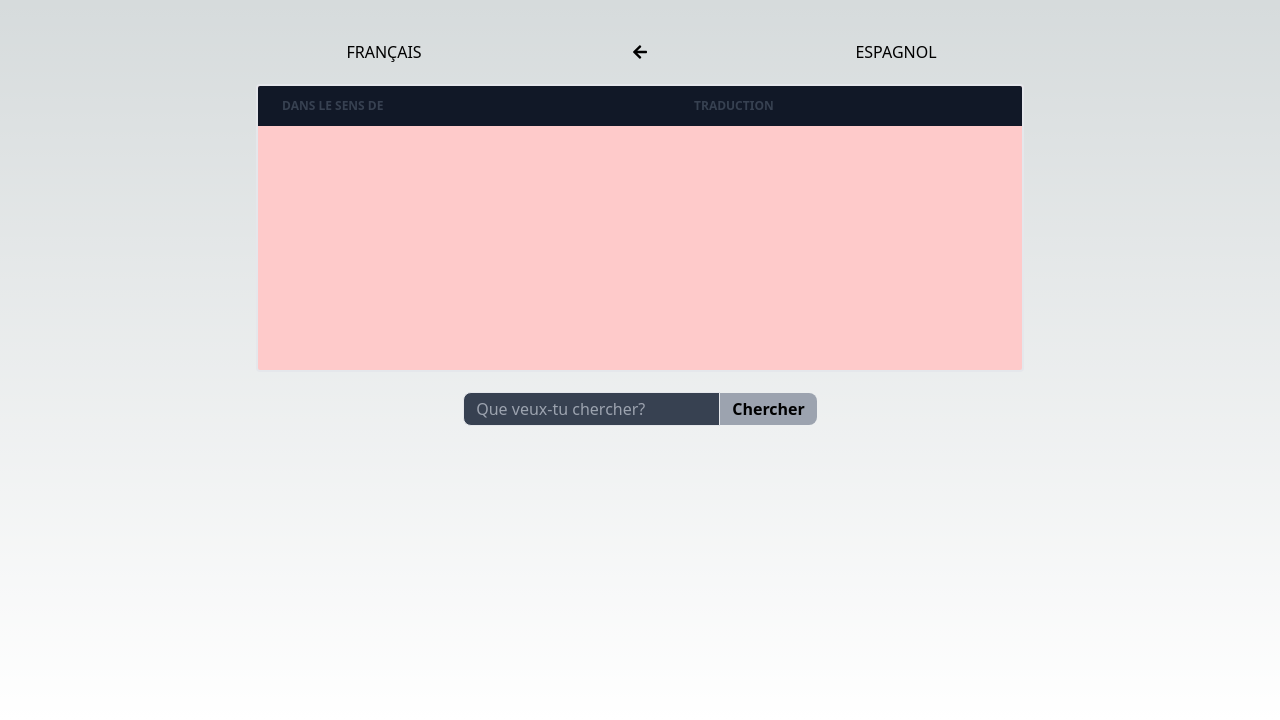
Repository: All-Khwarizmi/Dico
Page: /
The author's editor kept a copy of each file at every save. The page is drawn from the files as they stood at one save, then again after the next save.
The browser window is 1280 px wide. The pictures show the whole page.
An inner scrolling area shows only its first screen. The project was rebuilt for these pictures with package versions that can differ from the ones it lists, and the page was loaded fresh each time. The framework's server and built-in components were replaced by stand-ins that run in the browser. Also part of the build but not shown: next.config.js, vite.config.ts.

Above is the page before, as saved 2023-02-17 18:28:03.

### src/app/page.tsx
'use client';
import Image from 'next/image';
import { Inter } from '@next/font/google';
import { FaArrowLeft } from 'react-icons/fa';
import { BsArrowRight } from 'react-icons/bs';
import { FaArrowRight } from 'react-icons/fa';
import EspModal from '@/components/EspModal';
import DicoModal from '@/components/DicoModal';

const inter = Inter({ subsets: ['latin'] });
import parse from 'html-react-parser';
import { useState } from 'react';
import Link from 'next/link';

type Trad = {
  source: string;
  target: string;
};
type Translations = Array<Trad>;
interface TranslationsFetch {
  translations: Array<Trad>;
}
export default function Home() {
  const [word, setWord] = useState<string>('');
  const [isFr, setIsFR] = useState<Boolean>(false);
  const [translations, setTranslations] = useState<Translations>([]);

  const submitWord = (e: React.FormEvent<HTMLFormElement>) => {
    e.preventDefault();
    let check = word.split(' ').length;
    console.log('Submitting', check);
    if (check > 1) {
      return window.alert('1 mot à la fois');
    }
    if (isFr) return fetchDico(word).catch((err) => console.log(err));
     fetchDicoEsp(word).catch((err) => console.log(err));
  };

  const inputWord = (e: React.ChangeEvent<HTMLInputElement>) => {
    return setWord(e.target.value);
  };

  const fetchDico = async (word: string): Promise<void> => {
    console.log('Fetching..');
     const url = 'https://dico-ochre.vercel.app/api/dico';
    const options: RequestInit = {
      method: 'POST',
      headers: {
        'Content-Type': 'text/plain;charset=UTF-8',
      },
      body: JSON.stringify(word),
    };
    const res = await fetch(url, options);
    // eslint-disable-next-line @typescript-eslint/no-unsafe-assignment
    const data = await res.json();
    console.log('Data: ', data);
    // eslint-disable-next-line @typescript-eslint/no-unsafe-assignment
    const { translations }: TranslationsFetch = data;
    setTranslations(translations);
    setWord('');
  };
  const fetchDicoEsp = async (word: string): Promise<void> => {
    console.log('Fetching..');
    const url = 'https://dico-ochre.vercel.app/api/esp';
    const options: RequestInit = {
      method: 'POST',
      headers: {
        'Content-Type': 'text/plain;charset=UTF-8',
      },
      body: JSON.stringify(word),
    };
    const res = await fetch(url, options);
    // eslint-disable-next-line @typescript-eslint/no-unsafe-assignment
    const data = await res.json();
    console.log('Data: ', data);
    // eslint-disable-next-line @typescript-eslint/no-unsafe-assignment
    const { translations }: TranslationsFetch = data;
    setTranslations(translations);
    setWord('');
  };
  return (
    <main className='h-screen w-screen'>
      <div className='grid place-items-center pt-5 '>
        {isFr ? (
          <div className='grid w-[60%] grid-cols-3  place-items-center  '>
            <button onClick={() => setIsFR(!isFr)}>
              <h1 className='py-5 text-center uppercase text-1xl'>Français</h1>
            </button>
            <button onClick={() => setIsFR(!isFr)}>
              <FaArrowRight />
            </button>
            <button onClick={() => setIsFR(!isFr)}>
              <h1 className='py-5 text-center uppercase text-1xl'>Espagnol</h1>
            </button>
          </div>
        ) : (
          <div className='grid w-[60%] grid-cols-3  place-items-center  '>
            <button onClick={() => setIsFR(!isFr)}>
              <h1 className='py-5 text-center uppercase text-1xl'>Français</h1>
            </button>
            <button onClick={() => setIsFR(!isFr)}>
              <FaArrowLeft />
            </button>
            <button onClick={() => setIsFR(!isFr)}>
              <h1 className='py-5 text-center uppercase text-1xl'>Espagnol</h1>
            </button>
          </div>
        )}
      </div>
      <div className='flex h-[100%] flex-col  items-center gap-5'>
        <div className=' h-[40%] max-h-[40%] w-[60%] overflow-scroll rounded border-2 border-solid bg-red-200'>
          <div className='text-black '>
            <div className=''>
              <table className='  relative w-full text-left text-sm text-gray-500 dark:text-gray-400'>
                <thead className='  sticky top-0 bg-gray-900 text-xs uppercase text-gray-700 '>
                  <tr>
                    <th scope='col' className='px-6 dark:text-white py-3 '>
                      Dans le sens de
                    </th>
                    <th scope='col' className='px-6 dark:text-white py-3 '>
                      Traduction
                    </th>
                  </tr>
                </thead>
                <tbody className='bg-gray-800'>
                  {translations?.map((trad: Trad, index) => {
                    return (
                      <tr
                        className='border-b bg-white dark:border-gray-700 dark:bg-gray-800'
                        key={index}
                      >
                        <td className='px-6 py-4'> {parse(trad?.source)}</td>
                        <th
                          scope='row'
                          className='whitespace-nowrap px-6 py-4 font-medium text-gray-900 dark:text-white'
                        >
                          {parse(trad?.target)}
                        </th>
                      </tr>
                    );
                  })}
                </tbody>
              </table>
            </div>
          </div>
        </div>
        <form className='text-black' onSubmit={(e) => submitWord(e)}>
          <input
            onChange={(event) => inputWord(event)}
            value={word}
            placeholder='Que veux-tu chercher?'
            className='rounded-lg border dark:text-white border-1 bg-gray-700 rounded-r-none px-3 py-1'
            type='text'
            name='word'
            id='word'
          />
          <button
            className='rounded-lg rounded-l-none bg-gray-400 dark:text-white font-bold dark:bg-purple-900 px-3 py-1 dark:py-1.5'
            type='submit'
          >
            Chercher
          </button>
        </form>
      </div>
    </main>
  );
}

Loaded but not shown: src/app/layout.tsx (common file); src/app/globals.css (common file); tailwind.config.js (common file)

After the next save:
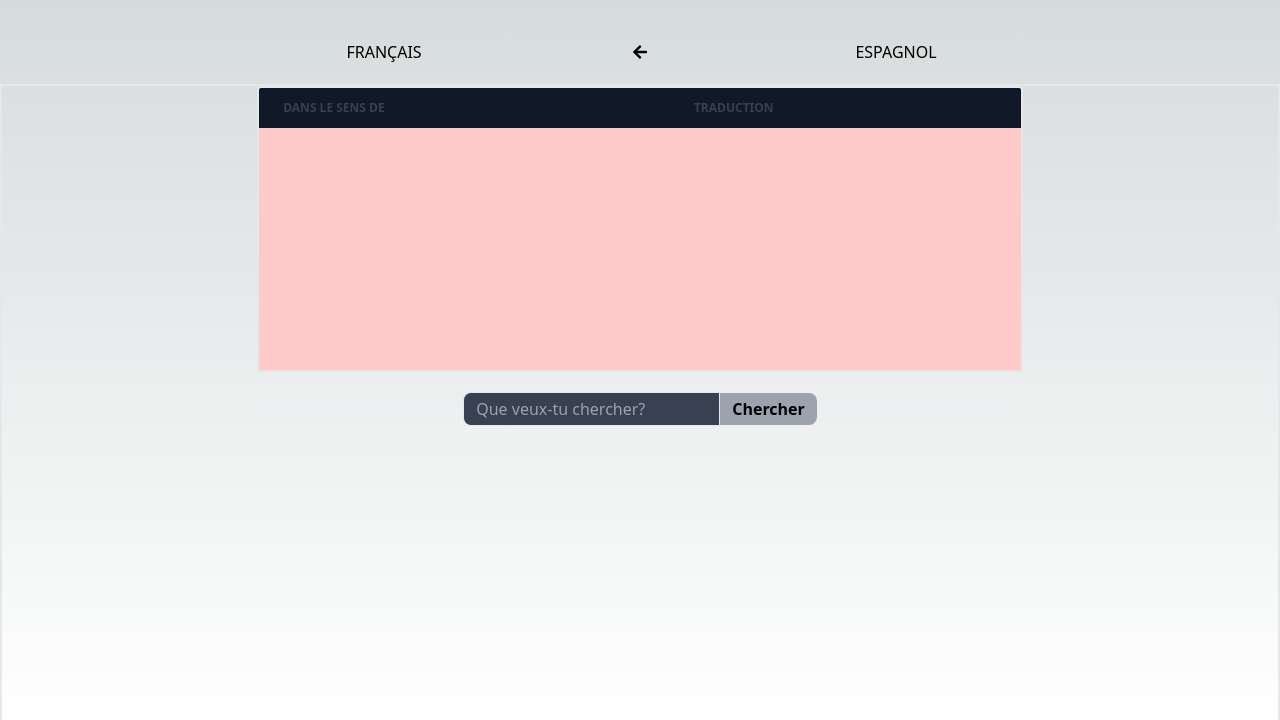
Saved 5 s later.
--- a/src/app/page.tsx
+++ b/src/app/page.tsx
@@ -107,7 +107,7 @@
           </div>
         )}
       </div>
-      <div className='flex h-[100%] flex-col  items-center gap-5'>
+      <div className='flex h-[100%] flex-col border border-2 items-center gap-5'>
         <div className=' h-[40%] max-h-[40%] w-[60%] overflow-scroll rounded border-2 border-solid bg-red-200'>
           <div className='text-black '>
             <div className=''>

After the save that followed:
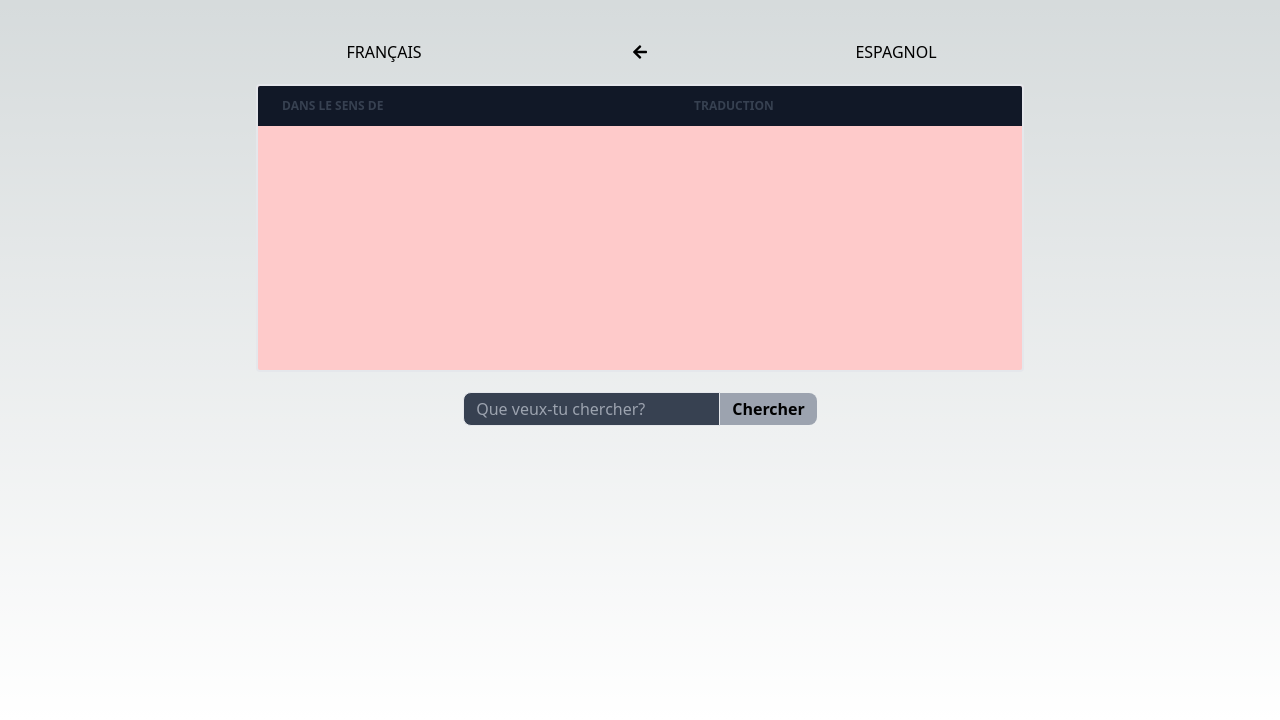
Saved 13 s later.
--- a/src/app/page.tsx
+++ b/src/app/page.tsx
@@ -107,7 +107,7 @@
           </div>
         )}
       </div>
-      <div className='flex h-[100%] flex-col border border-2 items-center gap-5'>
+      <div className='flex h-[100%] flex-col  items-center gap-5'>
         <div className=' h-[40%] max-h-[40%] w-[60%] overflow-scroll rounded border-2 border-solid bg-red-200'>
           <div className='text-black '>
             <div className=''>
